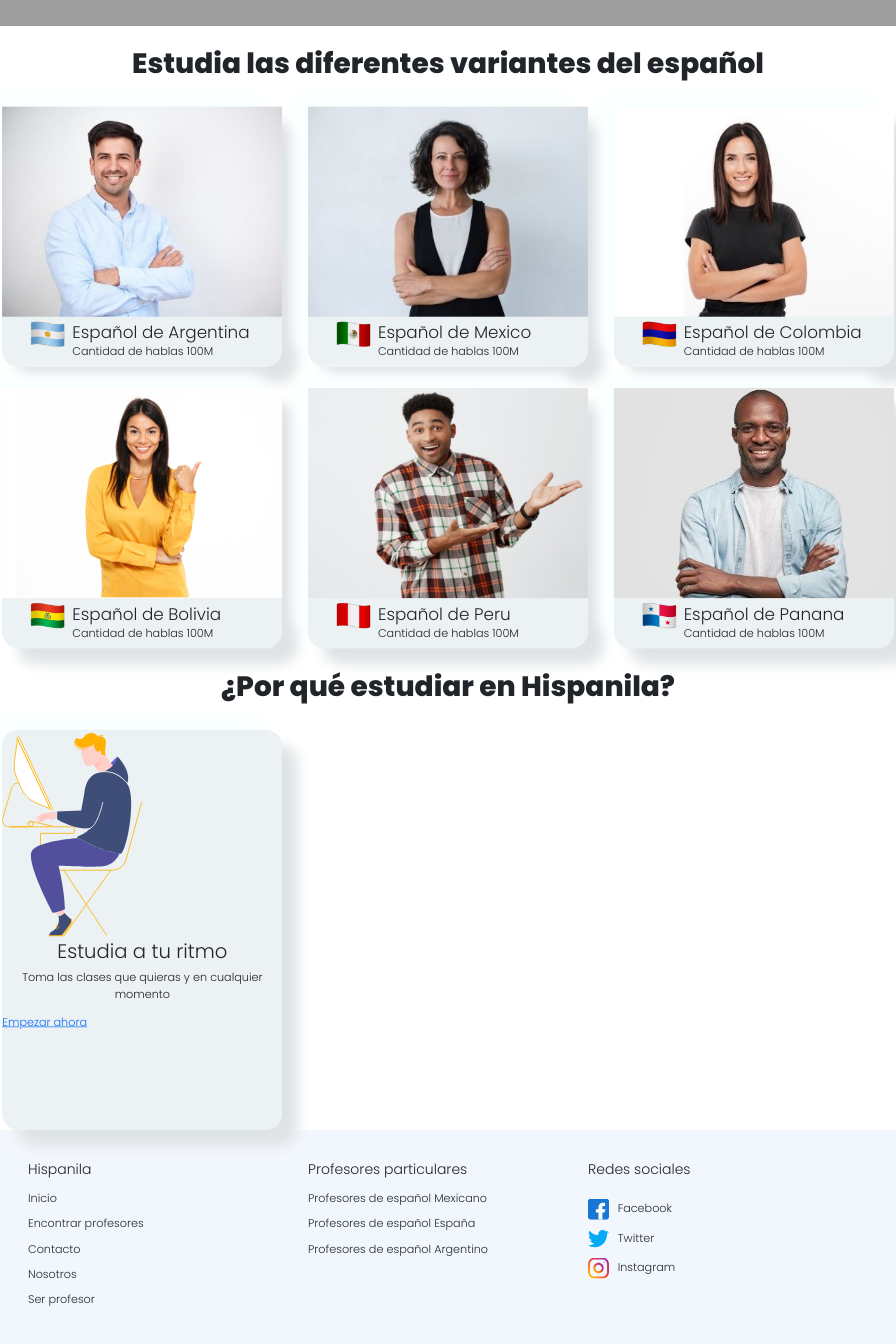
Repository: AgustinGarciaDev/Hispanila
Page: index.html
These files come from the project's save history. The page is drawn as it stood at one moment and after the next save; the edit follows.
The browser window is 1280 px wide. The pictures show the part of the page from y = 629 to 2549 px (the page is 2549 px tall), at 70% of full size.
Pictures or frames that could not be fetched are drawn as grey boxes. Some web libraries are served in a nearby version. The style sheet was rebuilt from its Sass, Less or Tailwind sources for each picture, by a compiler version that may differ from the author's.

Above is the page before, as saved 2021-01-28 22:39:22.

### index.html
<!DOCTYPE html>
<html lang="en">

<head>
    <meta charset="UTF-8">
    <title>Inicio</title>
    <meta name="viewport" content="width=device-width, user-scalable=no">
    <meta name="description" content="Encontra profesor que se adecue a tus objetivos y logra tus metas. Aprende las distintas variantes del español en Hispanila">
    <meta name="keywords" content="español , hispanila, profesores, profesor">
    <link rel="stylesheet" href="https://cdnjs.cloudflare.com/ajax/libs/animate.css/4.1.1/animate.min.css" />
    <link rel="stylesheet" href="https://use.fontawesome.com/releases/v5.8.1/css/all.css" integrity="sha384-50oBUHEmvpQ+1lW4y57PTFmhCaXp0ML5d60M1M7uH2+nqUivzIebhndOJK28anvf" crossorigin="anonymous">
    <link rel="preconnect" href="https://fonts.gstatic.com">
    <link rel="preconnect" href="https://fonts.gstatic.com">
    <link href="https://fonts.googleapis.com/css2?family=Poppins:ital,wght@0,200;0,300;0,800;0,900;1,200;1,500&display=swap" rel="stylesheet">
    <link href="https://fonts.googleapis.com/css2?family=Archivo:ital@0;1&display=swap" rel="stylesheet">
    <link href="https://cdn.jsdelivr.net/npm/bootstrap@5.0.0-beta1/dist/css/bootstrap.min.css" rel="stylesheet" integrity="sha384-giJF6kkoqNQ00vy+HMDP7azOuL0xtbfIcaT9wjKHr8RbDVddVHyTfAAsrekwKmP1" crossorigin="anonymous">
    <link rel="stylesheet" href="./css/style.css">
    <link rel="stylesheet" href="stylemod.css">

</head>

<body>
    <header>
        <nav class="navbar navbar-expand-lg navbar-light bg-light nav-color">
            <div class="container-fluid">
                <a class="navbar-brand" href="./index.html"><img src="./img/Hispanila_opt.png" alt=""></a>
                <button class="navbar-toggler" type="button" data-bs-toggle="collapse" data-bs-target="#navbarSupportedContent" aria-controls="navbarSupportedContent" aria-expanded="false" aria-label="Toggle navigation">
            <span class="navbar-toggler-icon"></span>
          </button>
                <div class="collapse navbar-collapse" id="navbarSupportedContent">
                    <ul class="navbar-nav me-auto mb-2 mb-lg-0">
                        <li class="nav-item">
                            <a class="nav-link active" aria-current="page" href="./index.html">Inicio</a>
                        </li>
                        <li class="nav-item">
                            <a class="nav-link" href="./we.html">Nosotros</a>
                        </li>
                        <li class="nav-item">
                            <a class="nav-link" href="./contact.html">Contacto</a>
                        </li>
                        <li class="nav-item">
                            <a class="nav-link" href="./searchteacer.html">Buscar profesores</a>
                        </li>
                    </ul>
                </div>
            </div>
        </nav>
    </header>
    <main>
        <div class="hero">
            <div class="box">
                <div class="animate__animated animate__backInLeft">
                    <h1 class="hero__title_h1">Empeza hoy con tus clases de español</h1>
                </div>

                <p class="hero__title_p">Toma tus clases desde cualquier parte del mundo!</p>
                <a class="hero__bottom" href="#" role="button">EMPEZAR HOY</a>
            </div>

        </div>
        <div class="animate__animated animate__backInLeft">
            <h2 class="Tittle_h2">Estudia las diferentes variantes del español</h2>
        </div>
        <div class="block-band">
            <div class="card-band ">

                <a href="./searchteacer.html"> <img class="teacher-photo" src="./img/teacher-arg.jpg" alt=""></a>
                <div class="content-band">
                    <a href="./searchteacer.html"> <img class="band" src="./img/argentina.png" alt=""></a>
                    <div class="info-card">
                        <a href="./searchteacer.html" class="link">
                            <h4>Español de Argentina</h4>
                            <p>Cantidad de hablas 100M</p>
                        </a>
                    </div>
                </div>
            </div>
            <div class="card-band">
                <a href="./searchteacer.html"> <img class="teacher-photo" src="./img/woman-teacher-mex.jpg" alt="profesora de mexico">
                    <div class="content-band">
                        <img class="band" src="./img/mexico.png" alt="">
                        <div class="info-card">
                            <a href="./searchteacer.html" class="link">
                                <h4>Español de Mexico</h4>
                                <p>Cantidad de hablas 100M</p>
                            </a>
                        </div>
                    </div>
                </a>
            </div>

            <div class="card-band">
                <a href="./searchteacer.html"><img class="teacher-photo" src="./img/women-teacher.jpg" alt="">
                    <div class="content-band">
                        <img class="band" src="./img/ecuador.png" alt="">
                        <div class="info-card">
                            <a href="./searchteacer.html" class="link">
                                <h4>Español de Colombia</h4>
                                <p>Cantidad de hablas 100M</p>
                            </a>
                        </div>
                    </div>
                </a>
            </div>
            <div class="card-band ">
                <img class='teacher-photo' src="./img/woman-bo.png " alt=" ">
                <div class="content-band ">
                    <img class="band " src="./img/bolivia.png " alt=" ">
                    <div class="info-card ">
                        <a href="./searchteacer.html" class="link">
                            <h4>Español de Bolivia</h4>
                            <p>Cantidad de hablas 100M</p>
                        </a>

                    </div>
                </div>
            </div>
            <div class="card-band ">
                <img class='teacher-photo' src="./img/teacher-peru.png " alt=" ">
                <div class="content-band ">
                    <img class="band " src="./img/peru.png " alt=" ">
                    <div class="info-card ">
                        <a href="./searchteacer.html" class="link">
                            <h4>Español de Peru</h4>
                            <p>Cantidad de hablas 100M</p>
                        </a>

                    </div>
                </div>
            </div>
            <div class="card-band ">
                <img class='teacher-photo' src="./img/teacher-panama.jpg " alt="profesor de panama ">
                <div class="content-band ">
                    <img class="band " src="./img/panama.png " alt=" ">
                    <div class="info-card ">
                        <a href="./searchteacer.html" class="link">
                            <h4>Español de Panana</h4>
                            <p>Cantidad de hablas 100M</p>
                        </a>

                    </div>
                </div>
            </div>
        </div>
        </div>
        <div class="animate__animated animate__backInLeft ">
            <h2 class="Tittle_h2">¿Por qué estudiar en Hispanila?</h2>
        </div>
        <section>
            <div class="block-band">
                <div class="card__study__resson">
                    <img class="card__study__img" src="/img/svg/character 6.svg" alt="chico sentado en la computadora">
                    <h3 class="card__study_text">Estudia a tu ritmo</h1>
                        <p class="card__study_text">Toma las clases que quieras y en cualquier momento</p>
                        <a href="">Empezar ahora</a>
                </div>
            </div>
        </section>
    </main>
    <footer class="footer ">
        <div class="list__footer ">
            <p class="list__footer__p-modifier ">Hispanila</p>
            <li class="list__footer__li-modifier "> <a class="list__footer__a-modifier " href="/index.html ">Inicio</a></li>
            <li class="list__footer__li-modifier "> <a class="list__footer__a-modifier " href="/searchteacer.html ">Encontrar profesores</a></li>
            <li class="list__footer__li-modifier "><a class="list__footer__a-modifier " href="/contacte.html ">Contacto</a></li>
            <li class="list__footer__li-modifier "><a class="list__footer__a-modifier " href="/we.html ">Nosotros</a></li>
            <li class="list__footer__li-modifier "><a class="list__footer__a-modifier " href="/we.html ">Ser profesor</a></li>
        </div>
        <div class="list__footer ">
            <p class="list__footer__p-modifier ">Profesores particulares</p>
            <li class="list__footer__li-modifier "> <a class="list__footer__a-modifier " href=" https://www.facebook.com/ "> Profesores de español Mexicano</a></li>
            <li class="list__footer__li-modifier "><a class="list__footer__a-modifier " href="https://twitter.com/home "> Profesores de español España</a></li>
            <li class="list__footer__li-modifier "><a class="list__footer__a-modifier " href="https://www.instagram.com/ "> Profesores de español Argentino</a></li>
        </div>

        <div class="list__footer ">
            <p class="list__footer__p-modifier "> Redes sociales</p>
            <li class="list__footer__li-modifier "></li><img class="list__footer__img-modifier " src="./img/facebook.svg " alt=" "> <a class="list__footer__a-modifier " href="https://www.facebook.com/ ">Facebook</a></li>
            <li class="list__footer__li-modifier "></li><img class="list__footer__img-modifier " src="./img/gorjeo.svg " alt=" "> <a class="list__footer__a-modifier " href="https://twitter.com/home ">Twitter</a></li>
            <li class="list__footer__li-modifier "></li><img class="list__footer__img-modifier " src="./img/instagram.svg " alt=" "> <a class="list__footer__a-modifier " href="https://www.instagram.com/ ">Instagram</a></li>
        </div>
    </footer>
    <script src="https://cdn.jsdelivr.net/npm/bootstrap@5.0.0-beta1/dist/js/bootstrap.bundle.min.js " integrity="sha384-ygbV9kiqUc6oa4msXn9868pTtWMgiQaeYH7/t7LECLbyPA2x65Kgf80OJFdroafW " crossorigin="anonymous "></script>
</body>

</html>

### stylemod.css
.nav-color {
    background-color: #ff9000 !important;
    height: 65px;
    box-shadow: 2px 2px 4px #d97a00, -5px -5px 4px #ffa600;
}

.nav-link {
    color: white !important;
}

.hero {
    display: grid;
    grid-template-columns: 2fr 2fr;
    height: 600px;
    background-image: url(http://baravdg.com/wp-content/uploads/2021/01/hero-background.png);
    background-position: center;
    background-repeat: no-repeat;
    background-size: cover;
}

.hero .box {
    display: flex;
    flex-direction: column;
    margin: auto;
    padding-left: 30px;
}

.hero__title_h1 {
    color: white;
    font-weight: 700;
    font-size: 50px;
}

.hero__title_p {
    color: white;
    font-size: 30px;
    font-size: 400;
}

.hero__bottom {
    width: 200px;
    color: white;
    padding: 10px;
    text-align: center;
    text-decoration: none;
    font-size: 'Poppins', sans-serif;
    font-weight: 800;
    border-radius: 8px;
    background: linear-gradient(145deg, #ffd529, #d8b322);
}


/* EMPIEZA LAS CARD DE LAS BANDERAS */

.Tittle_h2 {
    text-align: center;
    padding: 30px;
    font-size: 40px;
    font-weight: 800;
}

.block-band {
    display: grid;
    grid-template-columns: repeat(3, 1fr);
    grid-column-gap: 30px;
    grid-row-gap: 30px;
    justify-items: center;
}

.link {
    color: inherit;
    text-decoration: inherit;
}

.card-band {
    border-radius: 24px;
    border-radius: 24px;
    background: #ecf1f4;
    box-shadow: 22px 22px 18px #dee3e5, -22px -22px 18px #faffff;
    width: 400px;
    height: 372px;
}

.content-band {
    display: flex;
    padding-left: 40px;
    padding-bottom: 10px;
}

.info-card {
    padding-top: 9px;
    padding-left: 10px;
}

.info-card h4 {
    margin: 0;
}

.info-card p {
    margin: 0;
    margin-left: 6;
}

.card-band .teacher-photo {
    width: 400px;
    height: 300px;
}

.card-band .band {
    height: 50px;
    width: 50px;
}

.card-prof {
    margin: 40px;
    padding: 40px;
}

.table-proyect {
    padding: 40px;
}


/* SLIDE*/

.card__study__resson {
    border-radius: 24px;
    border-radius: 24px;
    background: #ecf1f4;
    box-shadow: 22px 22px 18px #dee3e5, -22px -22px 18px #faffff;
    width: 400px;
    height: 572px;
}

.card__study__img {
    height: 300px;
    width: 200px;
}

.card__study_text {
    text-align: center;
}


/* CARD  porque estudiar Hispanila*/

.container-hispanila {
    margin-top: 100px;
    display: grid;
    grid-template-columns: repeat(3, 1fr);
    grid-column-gap: 30px;
    grid-row-gap: 30px;
    justify-items: center;
}

.hispanila-card {
    width: 300px;
    height: 400px;
    border: solid 1px black;
    padding: 20px;
    margin: auto;
}

.hispanila-card img {
    width: 300px;
    height: 200px;
}

.hispanila-card h3 {
    text-align: center;
}

.datos {
    display: grid;
    grid-template-columns: 1fr 1fr;
    grid-template-rows: 1fr 1fr;
    grid-column-gap: 10px;
    grid-row-gap: 10px;
}

.search-teacher {
    background: #e7eef3;
}

.container {
    height: 400px;
    width: 100%;
    background: white;
    margin-bottom: 20px;
    margin-top: 20px;
    box-shadow: 20px 20px 51px #c4cacf, -20px -20px 51px #ffffff;
}

.teacher-block {
    padding: 10px;
}

.teacher-date {
    display: flex;
    flex-direction: column;
    padding: 20px;
}

.teacher-date .teacher-score {
    flex-direction: row;
}

.teacher-date img {
    border-radius: 50%;
    height: 100px;
    width: 100px;
    margin: auto;
}

.teacher-date button {
    height: 30px;
    width: 120px;
    margin: auto;
}

.score-teacher {
    margin: auto;
    padding: 20px 0 20px 0;
    color: #FEC400;
}

.teacher-information {
    display: flex;
    flex-direction: column;
}

.teacher-information h1 {
    font-size: 20px;
}

.teacher-date-personal {
    display: flex;
    flex-direction: row;
    justify-content: space-between;
}

.teacher-posicion {
    display: inline;
}

.title-teacher p {
    font-size: 16px;
    font-weight: 200;
    margin: 4px;
}

.teacher-precie {
    font-size: 18px;
    font-weight: bold;
}

.teacher-posicion h4 {
    font-size: 20px;
    font-weight: 200;
}

.teacher-posicion .teacher-divider-card {
    border: solid 1px red;
    width: 15px;
    height: 3px;
    background: red;
}

.teacher-learning {
    font-weight: bold;
}

.level {
    display: inline-block;
    margin: 2px;
    height: 19px;
    width: 4px;
    background: red;
}

.level-four-lenguage {
    background: #dee3e5
}

.level-five-leanguage {
    background: #dee3e5
}

@media (max-width: 890px) {
    .block-band {
        grid-template-columns: repeat(2, 1fr);
    }
    .card-band .teacher-photo {
        width: 324px;
        height: 239px;
    }
    .card-band {
        width: 324px;
        height: 325px;
    }
}

@media (max-width: 520px) {
    .hero {
        height: 360px;
    }
    .block-band {
        grid-template-columns: none;
    }
    .carousel-item img {
        height: 240px;
    }
}

### scss/style.scss
@import"variables";
@import "header";
@import "footer";
@import "body";
@import "contac";
@import "profile";
@import "aboutUs";

### scss/_variables.scss
/* TIPOGRAFIAS */

$font-body: 'Poppins',
sans-serif;

/* SIZE TIPOGRAFIAS */

$nameteacher: 16px;
$titulocontacto: 20px;

/* ICONOS COLOR */

$color-start-icon: #FEC400;
$color-social:gray;

/*Color background*/

$color-box: linear-gradient(145deg, #d8e8f2, #b6c3cb);

/*Padding*/

$padding-currilum: 40px;

### scss/_header.scss
header {
    position: sticky;
    top: 0;
    z-index: 5;
}

### scss/_footer.scss
.footer {
    background-color: #F2F7FD;
    display: grid;
    grid-template-columns: repeat(3, 1fr);
    padding: 40px;
}

.list__footer__p-modifier {
    font-size: 20px;
}

.list__footer__li-modifier {
    list-style: none;
    align-items: center;
    display: flex;
    margin-bottom: 12px;
}

.list__footer__a-modifier {
    text-decoration: none;
    color: #252b2f;
}

.list-footer a:hover {
    text-decoration: underline;
}

.list__footer__img-modifier {
    width: 30px;
    height: 30px;
    margin-right: 8px;
}

@media (max-width: 768px) {
    .footer {
        display: flex;
        flex-wrap: wrap;
    }
    .list__footer {
        padding-left: 10px;
        padding-right: 10px;
        justify-content: center;
    }
}

@media (max-width: 520px) {}

### scss/_body.scss
body {
    margin: 0;
    font-family: $font-body;
}

### scss/_contac.scss
.row {
    margin-right: 0;
}

.email_img {
    width: 100%;
}

.icons__list {
    display: flex;
    justify-content: center;
}

.icons__list_a {
    text-decoration: none;
    color: $color-social;
    padding-bottom: 10px;
    padding-left: 5px;
    padding-right: 5px;
}

.icons__list__redsocial {
    display: flex;
    flex-direction: row;
    padding-top: 10px;
    justify-content: center;
}

.icons__list_logo_Redes {
    color: $color-social;
    font-size: 35px;
    margin: 0 10px;
}

.text-contact__h2 {
    font-size: $titulocontacto;
}

@media (max-width: 520px) {
    .text-contact__h1 {
        text-align: center;
    }
    .text-contact__h2 {
        font-size: $titulocontacto -7;
        text-align: center;
    }
}

### scss/_aboutUs.scss
    .About__tittle-h1 {
        text-align: center;
        padding: 20px 0;
    }

    .About__img {
        display: flex;
        justify-content: center;
        align-items: center;
    }

    .About__img--modifier {
        width: 900px;
        height: 600px;
    }

    .About__history {
        text-align: center;
        margin: 10px 500px;
    }

    .About_compromise_img {
        width: 400px;
        height: 300px;
    }

    .Value {
        margin-top: 40px;
    }

    .Value_p--modifier {
        font-size: 40px;
        font-weight: 500px;
    }

    @media (max-width: 890px) {
        .About__img--modifier {
            width: 100%;
            height: auto;
        }
        .About__history {
            margin: 10px 20px;
        }
    }

    @media (max-width: 570px) {
        .About_compromise_img {
            height: 300px;
        }
        .About_compromise__responsive {
            flex-direction: column-reverse;
            display: flex;
        }
        .Value {
            display: flex;
            align-items: center;
            justify-content: center;
        }
        .Value__box {
            display: flex;
            flex-direction: column;
            justify-content: center;
        }
    }

Loaded but not shown: scss/_profile.scss (221 lines, source omitted)

After the next save:
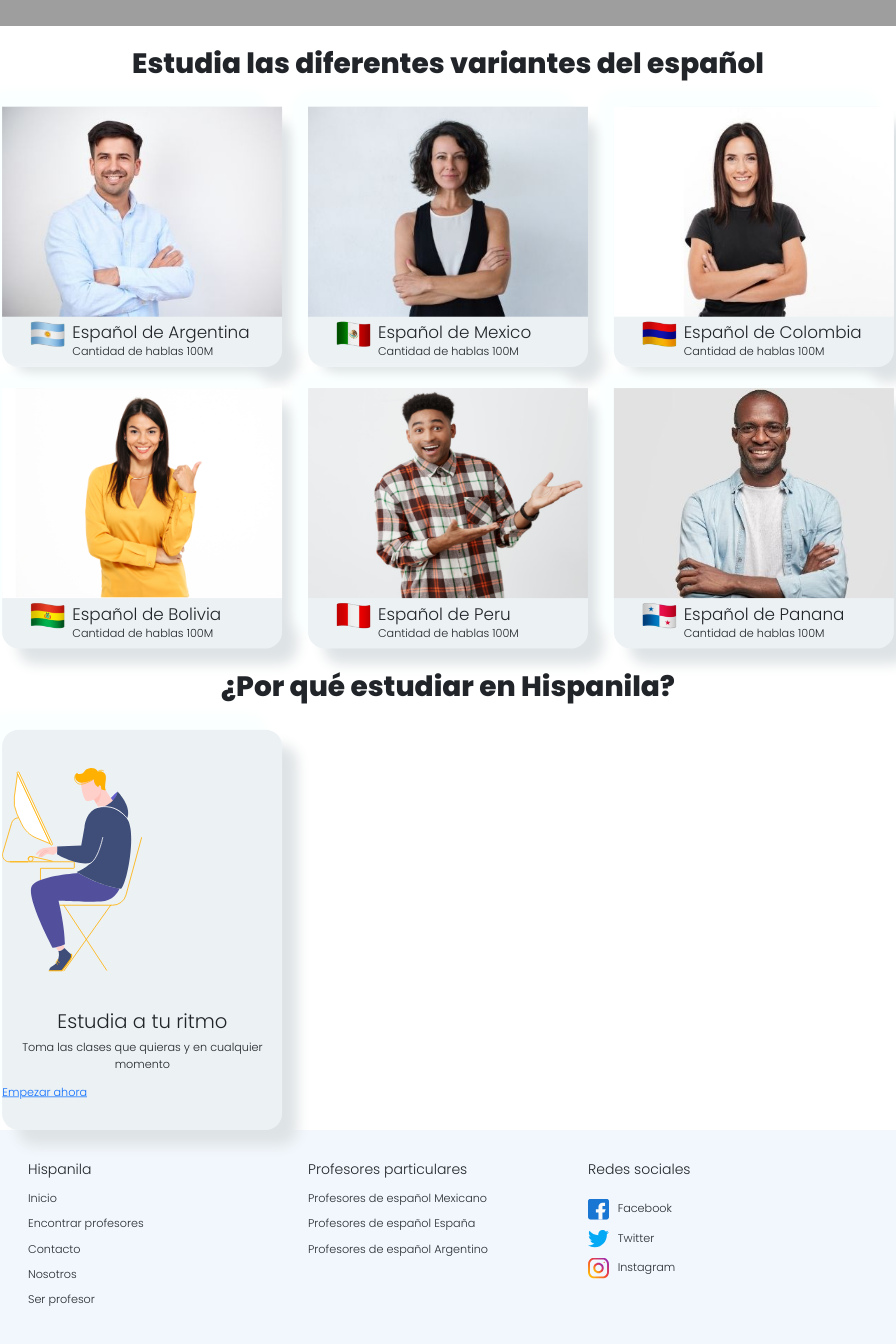
Saved 8 s later.
--- a/stylemod.css
+++ b/stylemod.css
@@ -133,7 +133,7 @@
 }
 
 .card__study__img {
-    height: 300px;
+    height: 400px;
     width: 200px;
 }
 
